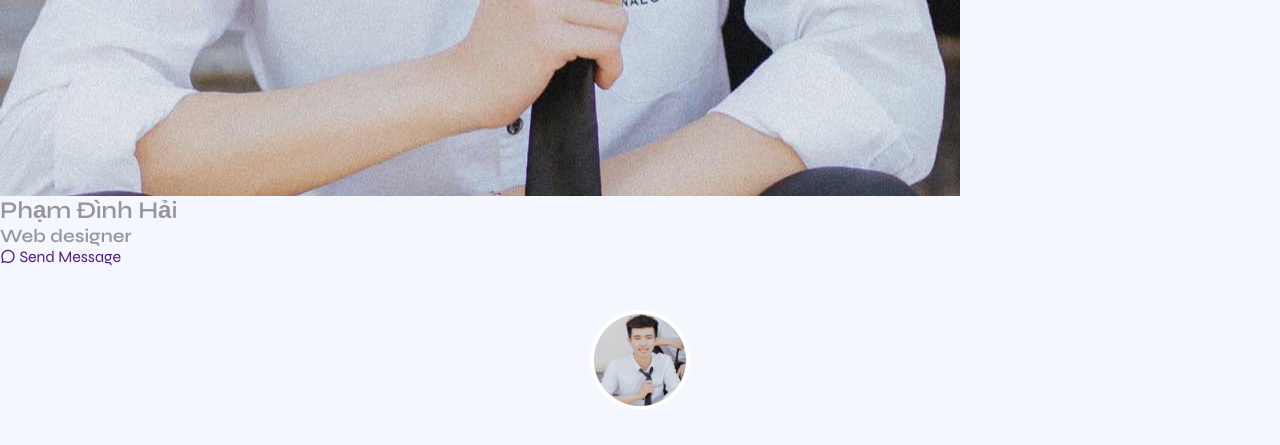
Repository: dinhhaidh/Profile
Page: index.html
These files come from the project's save history. The page is drawn as it stood at one moment and after the next save; the edit follows.
The browser window is 1280 px wide. The pictures show the whole page.
Some web libraries are served in a nearby version.

Above is the page before, as saved 2024-02-29 09:09:50.

After the next save:
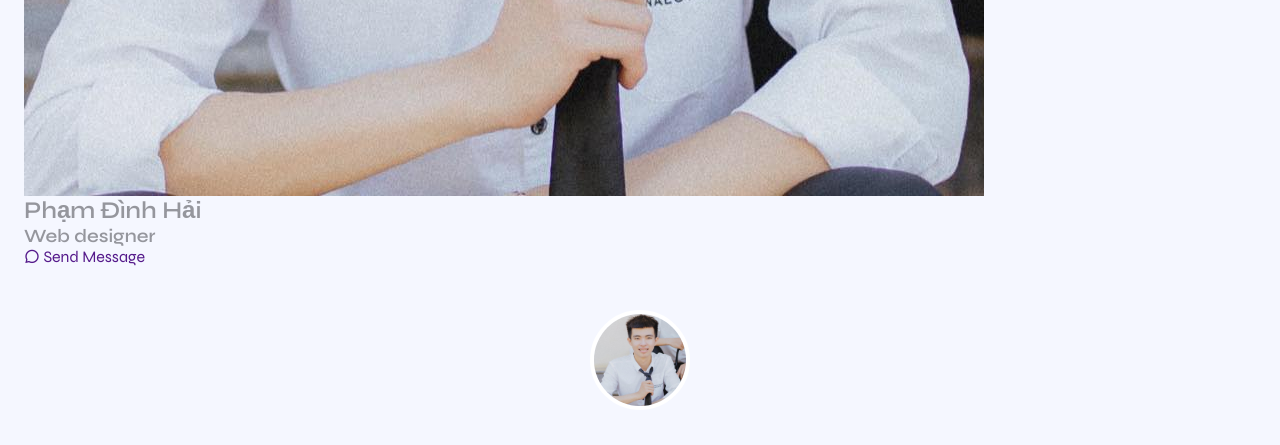
Saved 4 s later.
--- a/style.css
+++ b/style.css
@@ -85,7 +85,7 @@ img {
 }
 .card__content{
     position: relative;
-    width: calc(100vw);
+    width: calc(100vw - 3rem);
 }
 .card__header{
 
